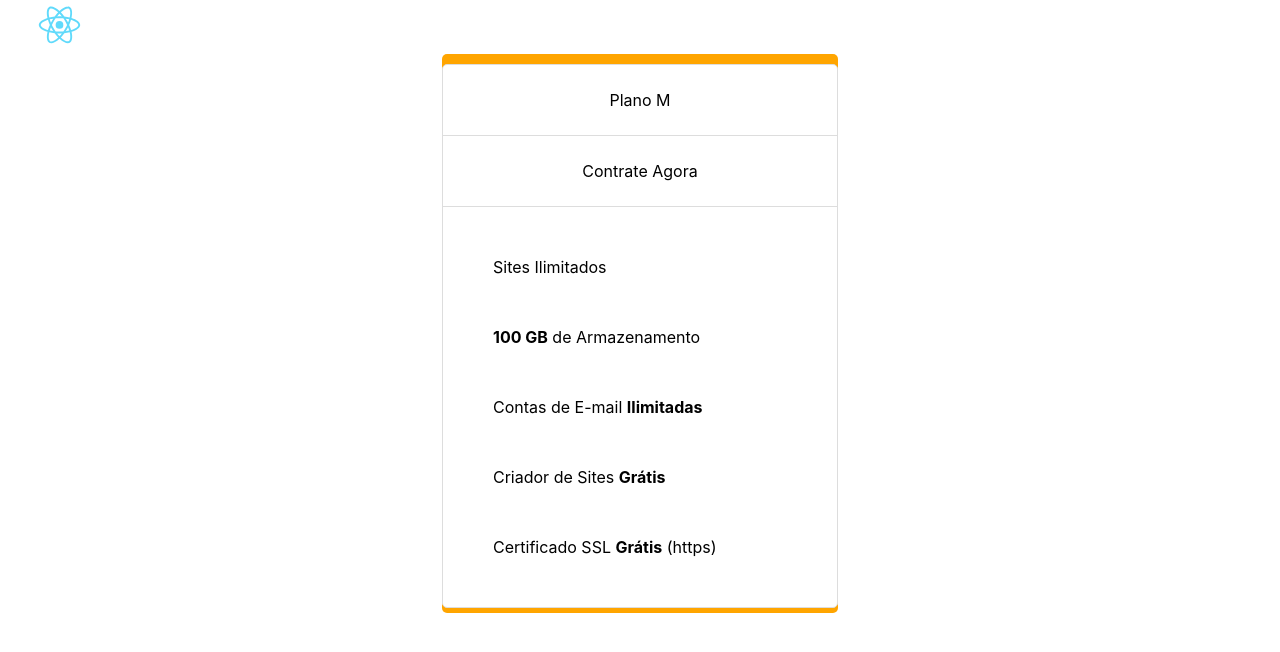
Repository: gatomazi/hostgatorFrontend
Page: /
These files come from the project's save history. The page is drawn as it stood at one moment and after the next save; the edit follows.
The browser window is 1280 px wide. The pictures show the whole page.
The project was rebuilt for these pictures with package versions that can differ from the ones it lists, and the page was loaded fresh each time.

Above is the page before, as saved 2020-01-24 11:23:43.

After the next save:
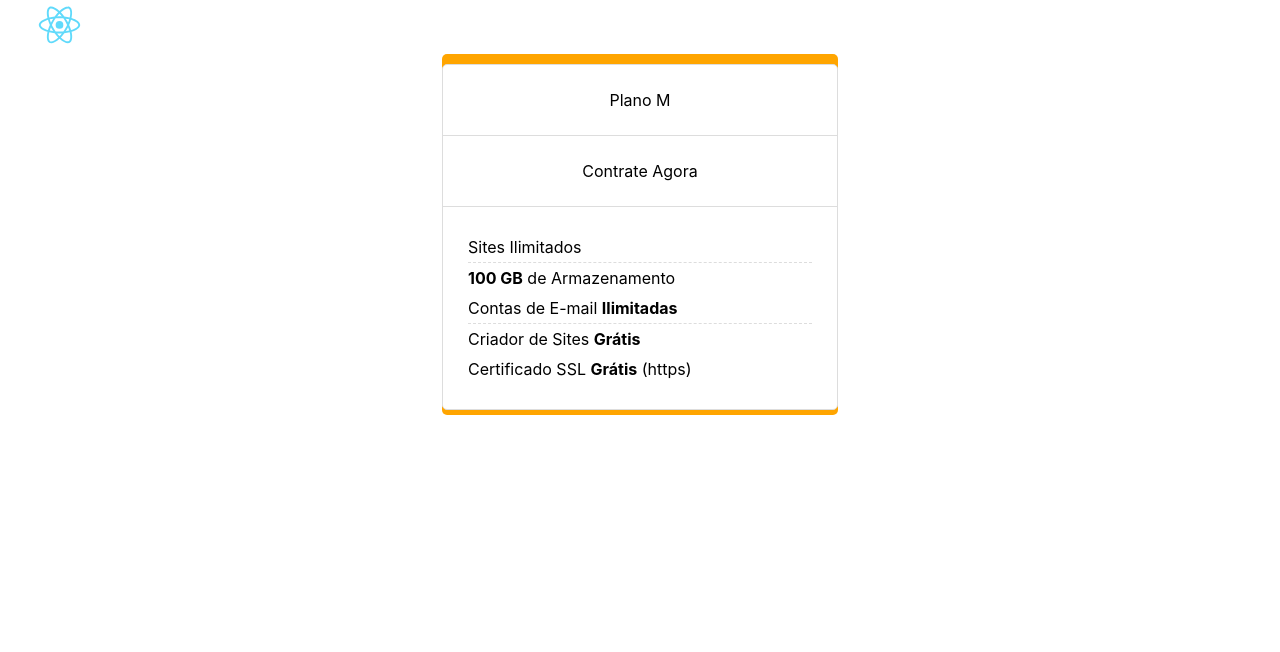
Saved 6 s later.
--- a/src/components/Plano.js
+++ b/src/components/Plano.js
@@ -15,19 +15,19 @@ const Plano = () => {
             <div>Plano M</div>
             <div className="insideDivisor">Contrate Agora</div>
             <div style={{ textAlign: "left" }}>
-              <div>Sites Ilimitados</div>
-              <div>
+              <span>Sites Ilimitados</span>
+              <span>
                 <b>100 GB</b> de Armazenamento
-              </div>
-              <div>
+              </span>
+              <span>
                 Contas de E-mail <b>Ilimitadas</b>
-              </div>
-              <div>
+              </span>
+              <span>
                 Criador de Sites <b>Grátis</b>
-              </div>
-              <div>
+              </span>
+              <span>
                 Certificado SSL <b>Grátis</b> (https)
-              </div>
+              </span>
             </div>
           </div>
         </Grid>
